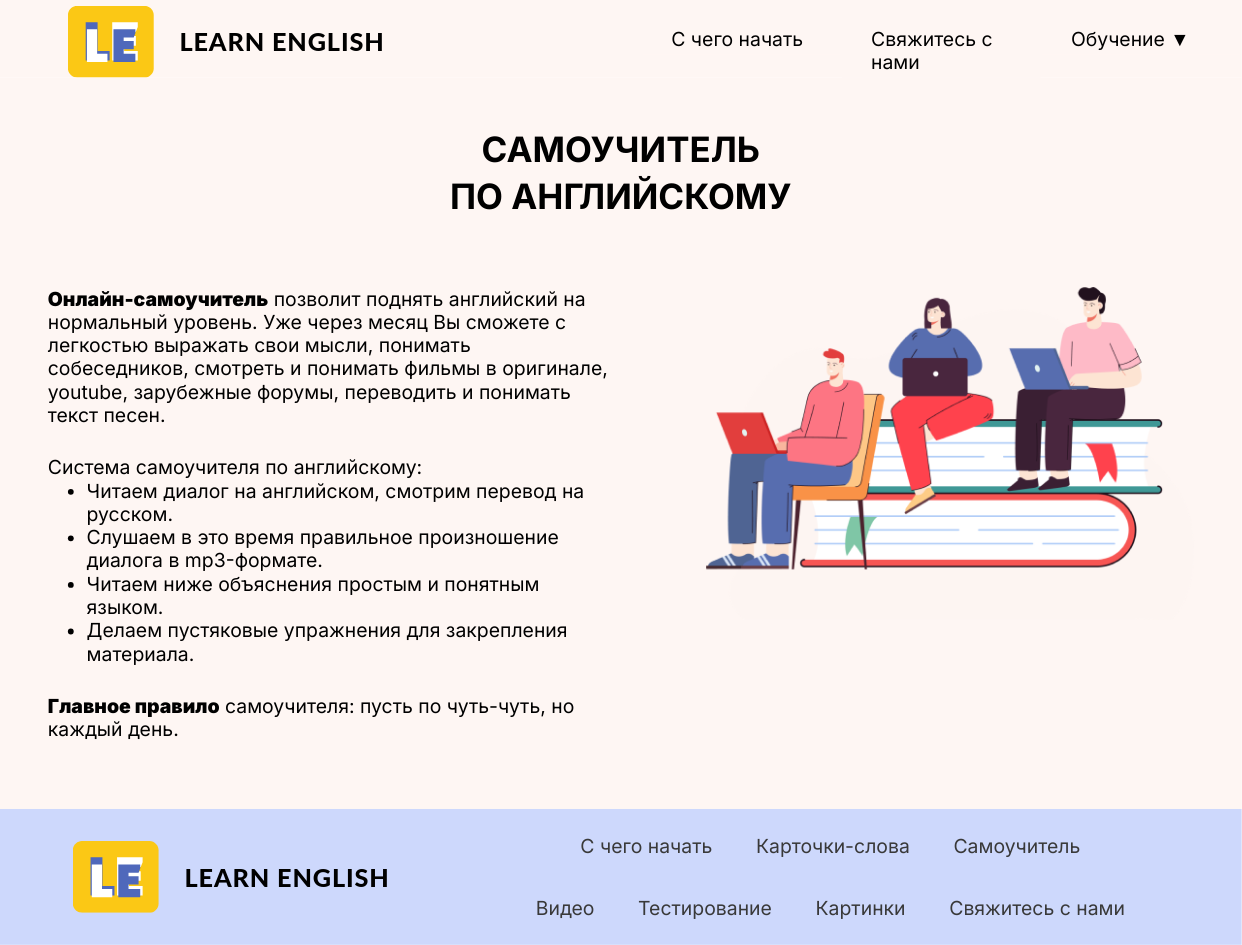
Repository: WladimirVA/Diplom
Page: scool/lesson.html
These files come from the project's save history. The page is drawn as it stood at one moment and after the next save; the edit follows.
The browser window is 1280 px wide. The pictures show the whole page, at 97% of full size.

Above is the page before, as saved 2023-07-19 16:35:17.

After the next save:
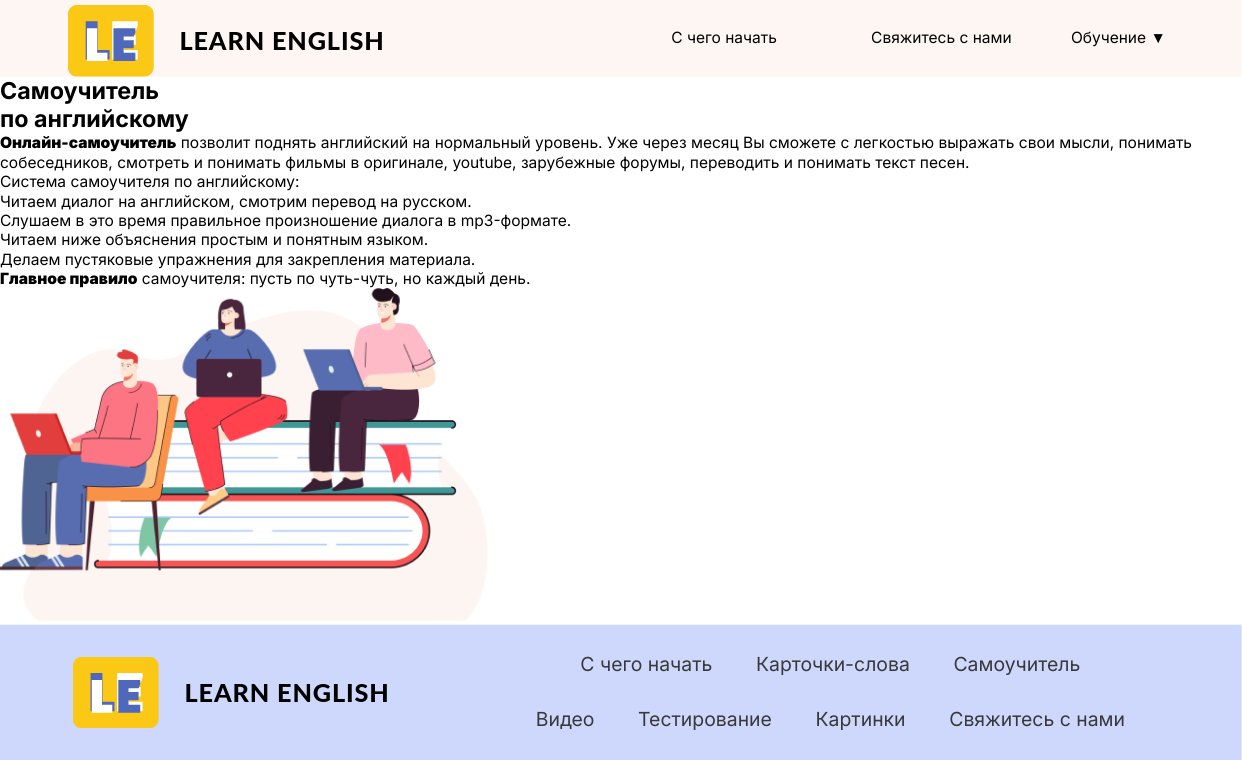
Saved 2 min 9 s later.
--- a/scool/lesson.html
+++ b/scool/lesson.html
@@ -5,7 +5,7 @@
     <meta name="viewport" content="width=device-width, initial-scale=1.0">
     <link href="./css/index.css" rel="stylesheet" type="text/css">
     <link href="./css/fonts.css" rel="stylesheet" type="text/css">
-    <link rel="stylesheet" href="./css/lesson.css" type="text/css">
+    <!-- <link rel="stylesheet" href="./css/lesson.css" type="text/css"> -->
     <link rel="icon" sizes="16x16" href="./img/Vector.svg" type="image/x-icon">
     <title>Learn english</title>
 </head>

After the save that followed:
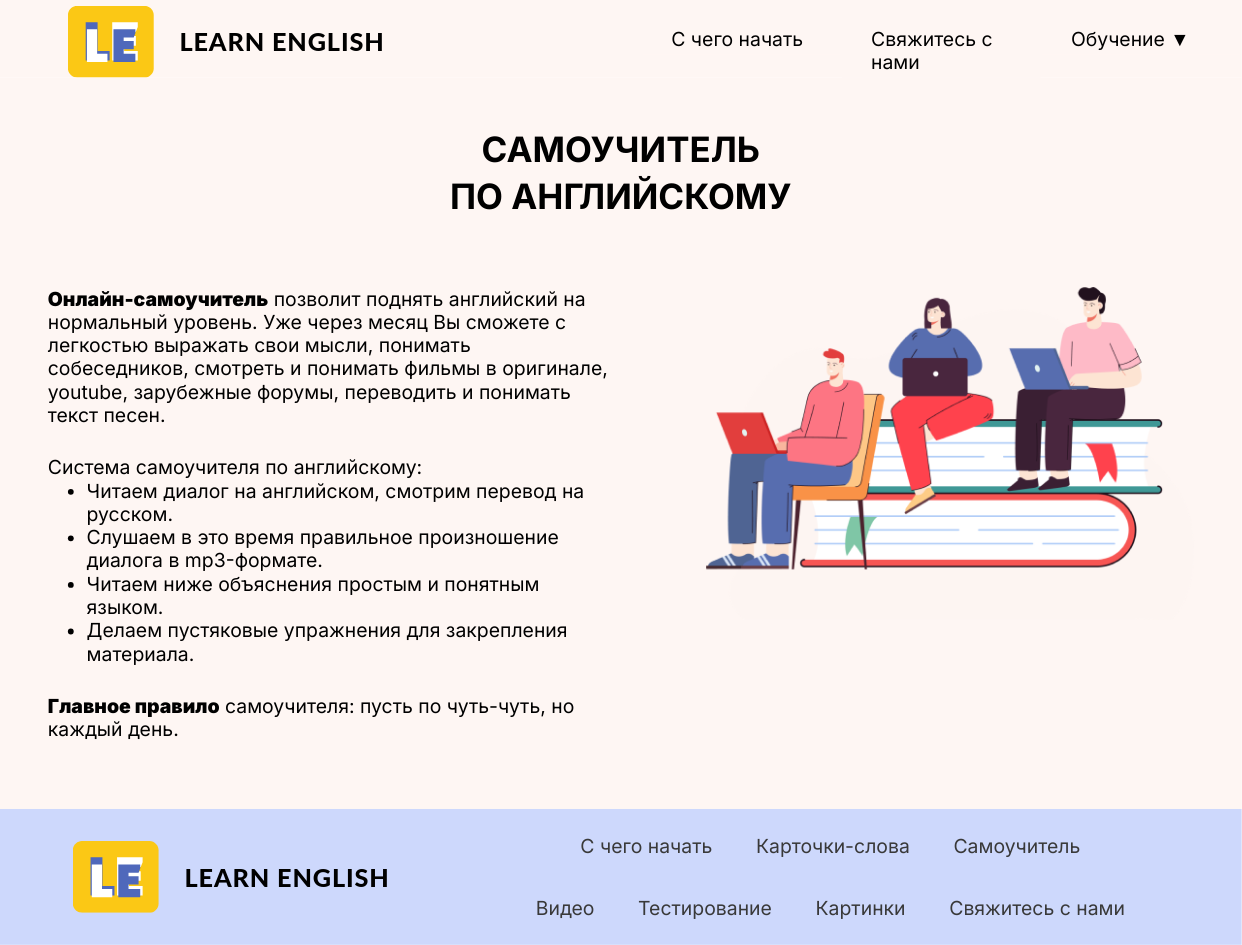
Saved 15 s later.
--- a/scool/lesson.html
+++ b/scool/lesson.html
@@ -5,7 +5,7 @@
     <meta name="viewport" content="width=device-width, initial-scale=1.0">
     <link href="./css/index.css" rel="stylesheet" type="text/css">
     <link href="./css/fonts.css" rel="stylesheet" type="text/css">
-    <!-- <link rel="stylesheet" href="./css/lesson.css" type="text/css"> -->
+    <link rel="stylesheet" href="./css/lesson.css" type="text/css">
     <link rel="icon" sizes="16x16" href="./img/Vector.svg" type="image/x-icon">
     <title>Learn english</title>
 </head>
